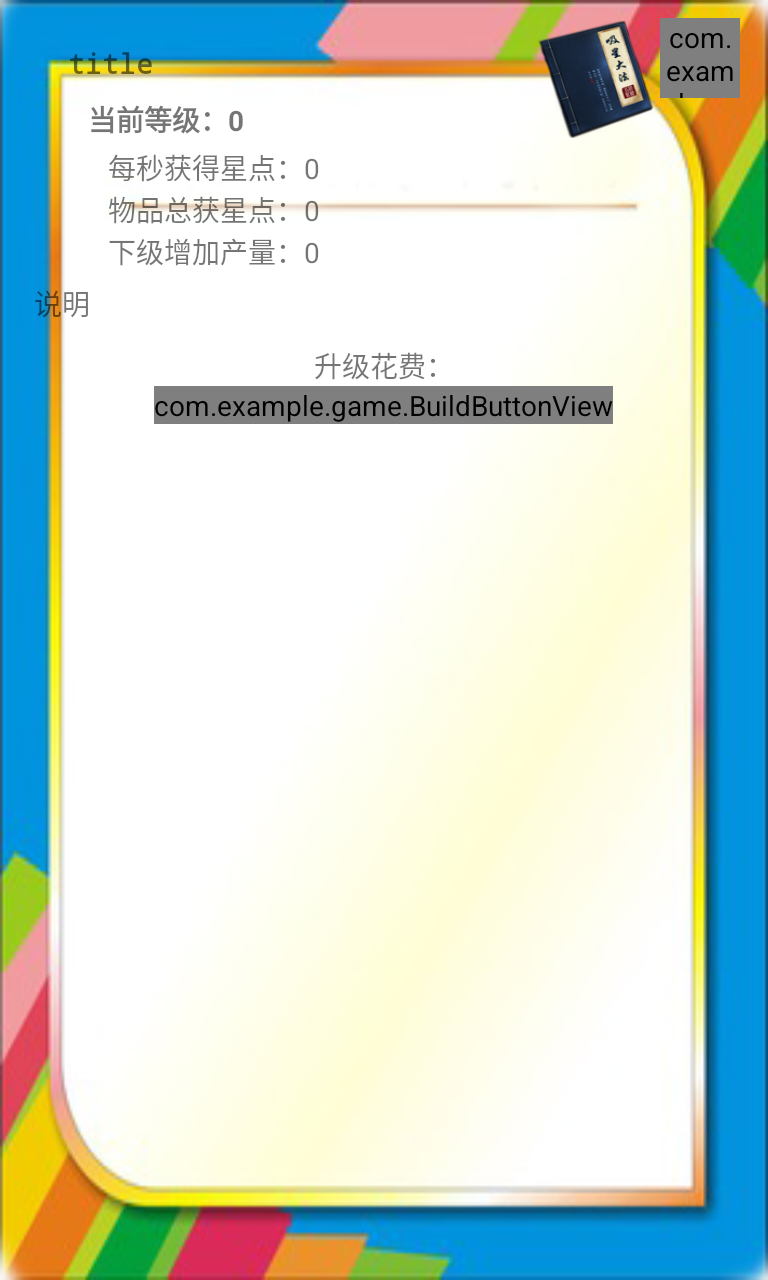
Repository: xianyun2014/StarPoint
Layout: game/res/layout/build_info_view.xml
An editor plug-in stored every save of this project. The layout is shown before and after the next save, followed by the edit.
Pictures or frames that could not be fetched are drawn as grey boxes. It is drawn on a 768 x 1280 px phone screen (xhdpi) without system bars, with theme AppTheme; the app's code is not run.

Above is the layout before, as saved 2014-11-17 18:14:41.

### game/res/layout/build_info_view.xml
<RelativeLayout xmlns:android="http://schemas.android.com/apk/res/android"
    xmlns:android1="http://schemas.android.com/apk/res/android"
    android1:id="@+id/build_info"
    android1:layout_width="wrap_content"
    android1:layout_height="wrap_content"
    android1:layout_alignParentBottom="true"
    android1:layout_alignParentLeft="true"
    android1:layout_alignParentRight="true"
    android1:layout_alignParentTop="true"
    android1:layout_marginBottom="150dp"
    android1:layout_marginLeft="10dp"
    android1:layout_marginRight="10dp"
    android1:layout_marginTop="60dp"
    android1:gravity="right" >

    <ImageView
        android1:id="@+id/imageView1"
        android1:layout_width="fill_parent"
        android1:layout_height="fill_parent"
        android1:layout_alignParentBottom="true"
        android1:layout_alignParentLeft="true"
        android1:layout_alignParentTop="true"
        android1:scaleType="fitXY"
        android1:src="@drawable/info_build" />

    <TextView
        android1:id="@+id/build_title"
        android1:layout_width="wrap_content"
        android1:layout_height="wrap_content"
        android1:layout_alignParentLeft="true"
        android1:layout_alignParentTop="true"
        android1:layout_below="@layout/build_info_view"
        android1:layout_marginLeft="34dp"
        android1:layout_marginTop="22dp"
        android1:text="title"
        android1:textStyle="bold"
        android1:typeface="monospace" />

    <TableLayout
        android1:id="@+id/TableLayout1"
        android1:layout_width="wrap_content"
        android1:layout_height="wrap_content"
        android1:layout_alignLeft="@+id/build_title"
        android1:layout_below="@+id/textcurlevel"
        android1:layout_marginLeft="20dp"
        android1:layout_marginTop="3dp" >

        <TableRow
            android1:id="@+id/tableRow1"
            android1:layout_width="wrap_content"
            android1:layout_height="wrap_content" >

            <TextView
                android1:id="@+id/textView1"
                android1:layout_width="wrap_content"
                android1:layout_height="wrap_content"
                android1:text="每秒获得星点：" />

            <TextView
                android1:id="@+id/txt_yield_sec"
                android1:layout_width="wrap_content"
                android1:layout_height="wrap_content"
                android1:text="0" />

        </TableRow>

        <TableRow
            android1:id="@+id/tableRow2"
            android1:layout_width="wrap_content"
            android1:layout_height="wrap_content" >

            <TextView
                android1:id="@+id/textView3"
                android1:layout_width="wrap_content"
                android1:layout_height="wrap_content"
                android1:text="物品总获星点：" />

            <TextView
                android1:id="@+id/txt_yield_total"
                android1:layout_width="wrap_content"
                android1:layout_height="wrap_content"
                android1:text="0" />

        </TableRow>

        <TableRow
            android1:id="@+id/tableRow3"
            android1:layout_width="wrap_content"
            android1:layout_height="wrap_content" >

            <TextView
                android1:id="@+id/textView5"
                android1:layout_width="wrap_content"
                android1:layout_height="wrap_content"
                android1:text="下级增加产量：" />

            <TextView
                android1:id="@+id/txt_next_add"
                android1:layout_width="wrap_content"
                android1:layout_height="wrap_content"
                android1:text="0" />
        </TableRow>
    </TableLayout>

    <TextView
        android1:id="@+id/textcurlevel"
        android1:layout_width="wrap_content"
        android1:layout_height="wrap_content"
        android1:layout_alignLeft="@id/build_title"
        android1:layout_below="@+id/build_title"
        android1:layout_marginLeft="10dp"
        android1:layout_marginTop="8dp"
        android1:text="当前等级："
        android1:textStyle="bold" />

    <TextView
        android1:id="@+id/txt_Level"
        android1:layout_width="wrap_content"
        android1:layout_height="wrap_content"
        android1:layout_alignBaseline="@+id/textcurlevel"
        android1:layout_alignBottom="@+id/textcurlevel"
        android1:layout_toRightOf="@+id/textcurlevel"
        android1:text="0"
        android1:textStyle="bold" />

    <TextView
        android1:id="@+id/txt_info"
        android1:layout_width="350dp"
        android1:layout_height="wrap_content"
        android1:layout_below="@+id/TableLayout1"
        android1:layout_centerHorizontal="true"
        android1:layout_marginTop="5dp"
        android1:text="说明" />

    <ImageView
        android1:id="@+id/imageView2"
        android1:layout_width="60dp"
        android1:layout_height="60dp"
        android1:layout_alignRight="@+id/imageView1"
        android1:layout_alignTop="@+id/imageView1"
        android1:layout_marginRight="56dp"
        android1:layout_marginTop="9dp"
        android1:scaleType="fitXY"
        android1:src="@drawable/jz_xzdf" />

    <TextView
        android1:id="@+id/txt_cost"
        android1:layout_width="wrap_content"
        android1:layout_height="wrap_content"
        android1:layout_below="@+id/txt_info"
        android1:layout_centerHorizontal="true"
        android1:layout_marginTop="10dp"
        android1:text="升级花费：" />

    <com.example.game.BuildButtonView
        android1:id="@+id/close"
        android1:layout_width="40dp"
        android1:layout_height="40dp"
        android1:layout_alignRight="@+id/imageView1"
        android1:layout_alignTop="@+id/imageView1"
        android1:layout_marginRight="14dp"
        android1:layout_marginTop="9dp"
        android1:scaleType="fitXY"
        android1:src="@drawable/close" />

    <com.example.game.BuildButtonView
        android1:id="@+id/updata"
        android1:layout_width="wrap_content"
        android1:layout_height="wrap_content"
        android1:layout_below="@+id/txt_cost"
        android1:layout_centerHorizontal="true"
        android1:scaleType="fitXY"
        android1:src="@drawable/updata" />

</RelativeLayout>

Loaded but not shown: game/res/values/styles.xml (common file); game/res/values-v11/styles.xml (common file); game/res/values-v14/styles.xml (common file)

After the next save:
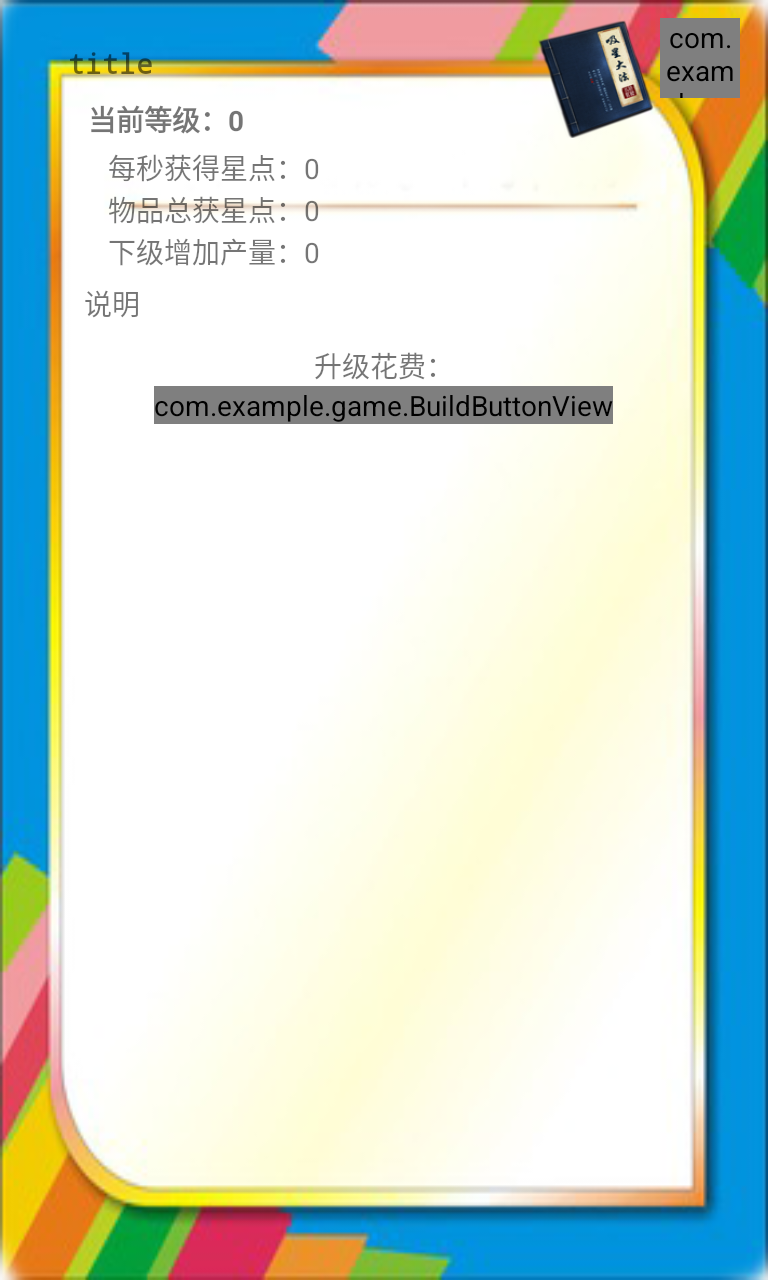
Saved 8 s later.
--- a/game/res/layout/build_info_view.xml
+++ b/game/res/layout/build_info_view.xml
@@ -125,7 +125,7 @@
 
     <TextView
         android1:id="@+id/txt_info"
-        android1:layout_width="350dp"
+        android1:layout_width="300dp"
         android1:layout_height="wrap_content"
         android1:layout_below="@+id/TableLayout1"
         android1:layout_centerHorizontal="true"
